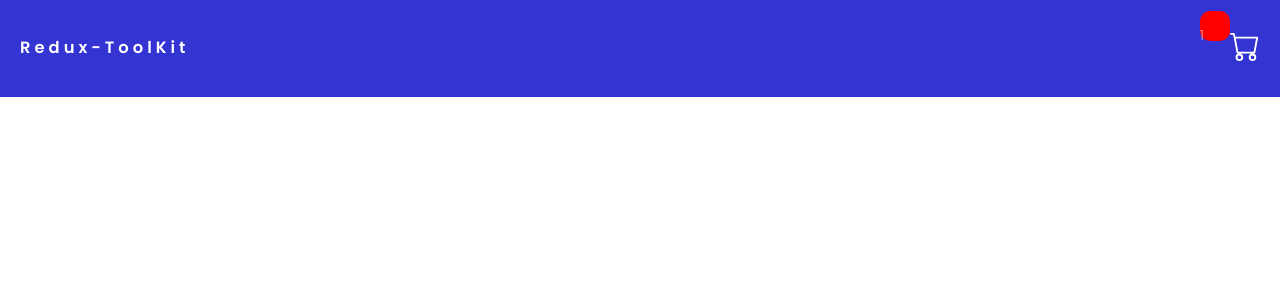
Repository: OmniaRafat232111121/shoppingCart
Page: /
These files come from the project's save history. The page is drawn as it stood at one moment and after the next save; the edit follows.
The browser window is 1280 px wide. The pictures show the whole page.
The project was rebuilt for these pictures with package versions that can differ from the ones it lists, and the page was loaded fresh each time. Also part of the build but not shown: src/App.css.

Above is the page before, as saved 2023-02-07 01:54:51.

### src/index.js
import React from 'react';
import ReactDOM from 'react-dom/client';
import './index.css';
import App from './App';
import { Provider } from 'react-redux';
import { store } from './store';
const root = ReactDOM.createRoot(document.getElementById('root'));
root.render(
  <React.StrictMode>
    <Provider store={store}>
      <App />
    </Provider>
  </React.StrictMode>
);

### src/index.css
@import url('https://fonts.googleapis.com/css2?family=Poppins:ital,wght@0,100;0,200;0,600;1,100;1,200;1,500;1,600&display=swap');
body {
  margin:0;
  padding:0;
  box-sizing: border-box;
  line-height: 1.5;
  font-size: 0.875rem;
  font-family: 'Poppins', sans-serif;
}
nav{
  background-color: rgb(52, 52, 211);
  padding:20px 20px;
}
.nav-center{
  display: flex;
  align-items: center;
  justify-content: space-between;
  width:100%;
  color:#fff;
  margin:0 auto;
}
.nav-center h3{
  letter-spacing: 4px;
}
.nav-center h3:hover{
  letter-spacing: 2px;
}
.nav-container{
  position: relative;
}
.amount-container{
  position: absolute;
  top:-20px;
  left:-30px;
  background-color: red;
  border-radius: 10px;
  width:30px;
  height:30px;
}

### src/App.js
import './App.css';
import Navbar from './Component/Navbar';

function App() {
  return (
    <div className="App">
  <Navbar/>
    </div>
  );
}

export default App;

### src/store.js
import { configureStore } from "@reduxjs/toolkit";
import cartReducer from './features/cart/cartSlice'
export const store = configureStore({
    reducer: {
        cart:cartReducer
    }
})

### src/Component/Navbar.js
import React from 'react'
import { useSelector } from 'react-redux';
import {BsCart} from 'react-icons/bs'
const Navbar = () => {
    const {amount}=useSelector((state)=>state.cart)
  return (
      <>
          <nav>
              <div className='nav-center'>
                  <h3>Redux-ToolKit</h3>
                  <div className='nav-container'>
                      <BsCart size={30}  />
                      <div className='amount-container'>
            <p className='total-amount'>1</p>
          </div>
                  </div>

              </div>
          </nav>
      </>
  )
}

export default Navbar

### src/features/cart/cartSlice.js
import { createSlice } from "@reduxjs/toolkit";
const initialState = {
    cartItems: [],
    amount: 0,
    total: 0,
    isLoading:true
}
  const cartSlice = createSlice({
    name: 'cart',
    initialState,
})
console.log(cartSlice)
export default cartSlice.reducer

Loaded but not shown: public/index.html (common file)

After the next save:
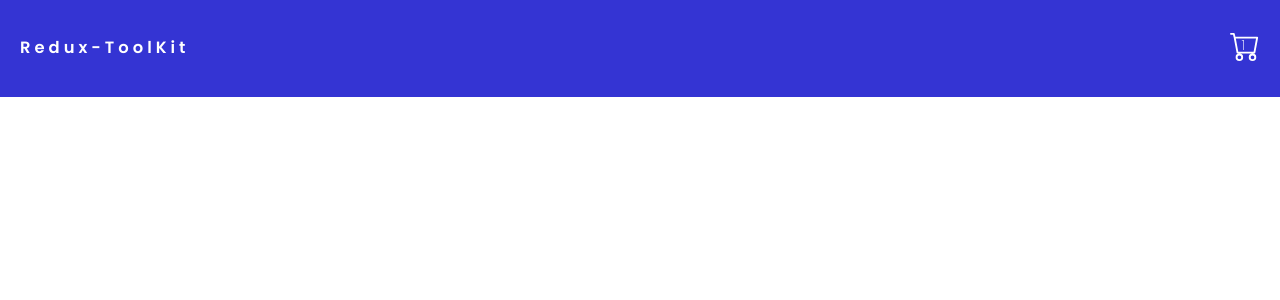
Saved 49 s later.
--- a/src/index.css
+++ b/src/index.css
@@ -30,10 +30,9 @@
 }
 .amount-container{
   position: absolute;
-  top:-20px;
-  left:-30px;
-  background-color: red;
-  border-radius: 10px;
-  width:30px;
-  height:30px;
+   top: -0.6rem;
+  right: -0.6rem;
+  width: 1.75rem;
+  height: 1.75rem;
+  border-radius: 50%;
 }

After the save that followed:
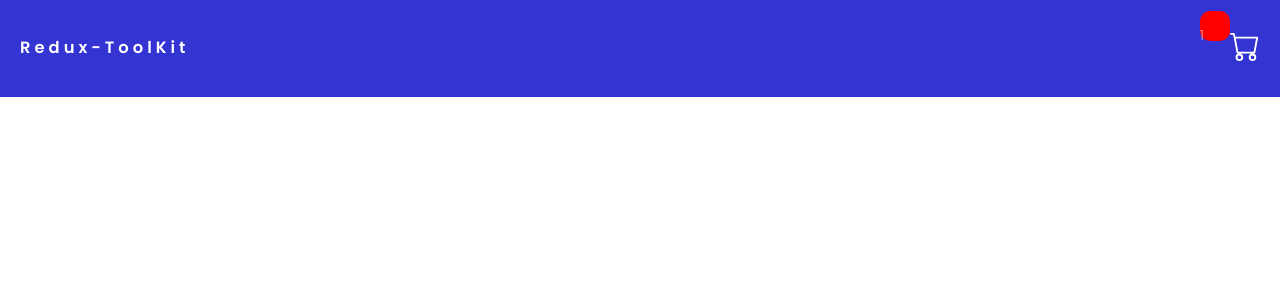
Saved 7 s later.
--- a/src/index.css
+++ b/src/index.css
@@ -30,9 +30,10 @@
 }
 .amount-container{
   position: absolute;
-   top: -0.6rem;
-  right: -0.6rem;
-  width: 1.75rem;
-  height: 1.75rem;
-  border-radius: 50%;
+  top:-20px;
+  left:-30px;
+  background-color: red;
+  border-radius: 10px;
+  width:30px;
+  height:30px;
 }
